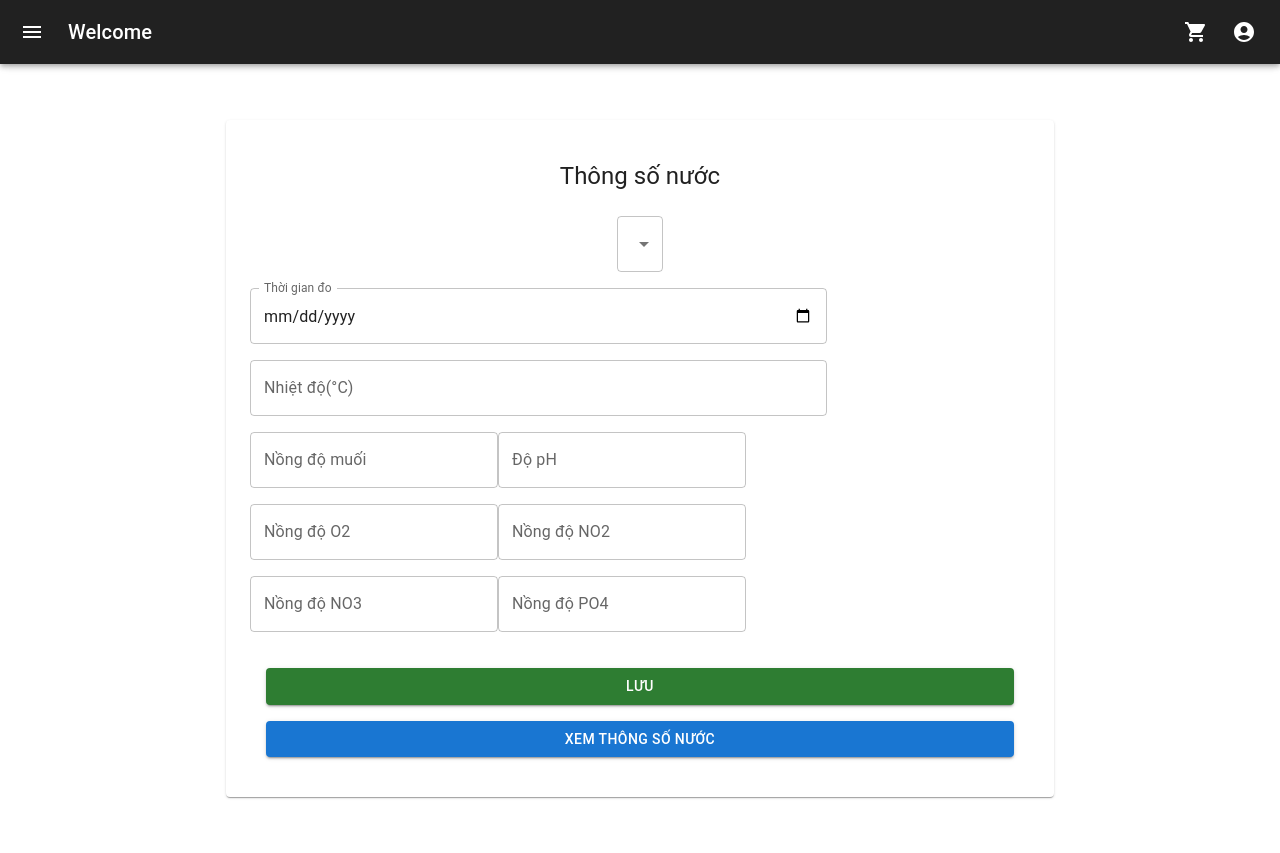
Repository: huynguyenj/KOICARE_FRONTEND
Page: /userhome/param (app in kcs-frontend/)
The author's editor kept a copy of each file at every save. The page is drawn from the files as they stood at one save, then again after a run of saves.
The browser window is 1280 px wide. The pictures show the whole page.
The project was rebuilt for these pictures with package versions that can differ from the ones it lists, and the page was loaded fresh each time. Also part of the build but not shown: kcs-frontend/vite.config.js, kcs-frontend/src/components/Header/Header.css, kcs-frontend/src/components/Header/Header.jsx, kcs-frontend/src/components/Footer/Footer.jsx, kcs-frontend/src/components/Footer/FooterEnd.jsx, kcs-frontend/src/components/Footer/FooterCR.jsx, kcs-frontend/src/components/Footer/Footer1.jsx, kcs-frontend/src/pages/Guest/Home/Home.jsx and 38 more.

Above is the page before, as saved 2024-10-26 14:50:59.

### kcs-frontend/index.html
<!doctype html>
<html lang="en">
  <head>
    <meta charset="UTF-8" />
    <link rel="icon" type="image/svg+xml" href="/vite.svg" />
    <meta name="viewport" content="width=device-width, initial-scale=1.0" />
    <title>Koi Care System</title>
  </head>
  <body>
    <div id="root"></div>
    <script type="module" src="/src/main.jsx"></script>
  </body>
</html>

### kcs-frontend/src/main.jsx
import { createRoot } from "react-dom/client";
import App from "./App.jsx";
import "bootstrap/dist/css/bootstrap.min.css";
import "./index.css";
import { CartProvider } from "./pages/Store/Cart";

createRoot(document.getElementById("root")).render(

    <CartProvider>
      <App />
    </CartProvider>

);

### kcs-frontend/src/App.jsx
import "./App.css";
import { createBrowserRouter, RouterProvider } from "react-router-dom";
import { Navigate } from "react-router-dom";
import Home from "./pages/Guest/Home/Home";
import Login from "./pages/Auth/Login/Login";
import Register from "./pages/Auth/SignUp/SignUp";
import UserProfile from "./pages/UserProfile/UserProfile";

import Layout from "./components/Layout";
import Drawers from "./components/Drawers/User";
// import NavbarUser from "./components/NavbarAfterLogin/NavbarUser";
import MyFish from "./pages/MyFish/FishAdd";
import FishInfo from "./pages/MyFish/FishInfo";
import MyPond from "./pages/MyPond/MyPond";
import Admin from "./components/Drawers/Admin";
import Shop from "./components/Drawers/Shop";
import Dashboard from "./pages/Admin/Dashboard";
import UserInfo from "./pages/Admin/UserInfo";
import HomeForShop from "./pages/HomeForShop/HomeForShop";
// import AddProducts from "./pages/Products/AddProducts/AddProducts";
import FishList from "./pages/MyFish/MyFish";
import PondAdd from "./pages/MyPond/PondAdd";
import PondList from "./pages/MyPond/PondList";
import PondInfo from "./pages/MyPond/PondInfo";
import Store from "./pages/Store/Product";
import Details from "./pages/Store/Details";
import Orders from "./pages/Orders/Orders";
import Status_Products from "./pages/Status_Products/Status_Products";
import ShowProduct from "./pages/Products/ShowProducts/ShowProducts";
import AddProducts from "./pages/Products/AddProducts/AddProducts";
import Revenue from "./pages/Revenue/Revenue"

import News from "./pages/News/News";

import AddBlog from "./pages/News/AddBlog";
import BlogInfo from "./pages/News/blogInfo";
import MyBlog from "./pages/News/MyBlog";
import UpdateBlog from "./pages/News/UpdateBlog";
import Payment from "./pages/Payment/Payment";
import AddWaterParam from "./pages/Calculate/WaterParam/AddWaterParam";


function App() {
  const router = createBrowserRouter([
    {
      path: "/",
      element: <Layout />,
      children: [
        { index: true, element: <Home /> },
        { path: "login", element: <Login /> },
        { path: "register", element: <Register /> },
        {
          path: "userhome",
          element: <Drawers />,
          children: [
            { path: "userprofile", element: <UserProfile /> },
            { path: "myfish", element: <MyFish /> },
            { path: "myfishlist", element: <FishList /> },
            { path: "myfishlist/fishinfo/:id", element: <FishInfo/>},
            { path: "mypond", element: <MyPond /> },
            { path: "pondadd", element: <PondAdd /> },
            { path: "pondlist", element: <PondList /> },
            { path: "pondlist/pondinfo/:id", element: <PondInfo /> },
            { path: "store", element: <Store /> },
            { path: "/userhome/store/:id", element: <Details /> },
            { path: "", element: <Navigate to="mypond" replace /> },
            { path: "news", element: <News /> },
            { path:"param", element: <AddWaterParam/>}
          ],
        },
      ],
    },
    { path: "news", element: <News /> },
    { path: "addBlog", element: <AddBlog /> },
    { path: "blogDetail/:blogId", element: <BlogInfo /> },
    { path: "my-blogs", element: <MyBlog /> },
    { path: "updateBlog/:blogId", element: <UpdateBlog/> },
    { path: "payment", element: <Payment />},

    {
      path: "admin",
      element: <Admin />,
      children: [
        { path: "userInfo", element: <UserInfo /> },
        { path: "", element: <Navigate to="userInfo" replace /> },
        { path: "dashboard", element: <Dashboard /> },
      ],
    },
    {
      path: "shop",
      element: <Shop />,
      children: [
        { path: "homeForShop", element: <HomeForShop /> },
        { path: "addProducts", element: <AddProducts /> },
        { path: "showProduct", element: <ShowProduct /> },
        { path: "orders", element: <Orders /> },
        { path: "revenue", element: <Revenue /> },
        { path: "status_Products", element: <Status_Products /> },
        { path: "", element: <Navigate to="addProducts" replace /> },

      ],
    },
  ]);

  return (
    <>
      <RouterProvider router={router} />

    </>
  );
}

export default App;

### kcs-frontend/src/index.css
body {
      margin: 0;
      font-family: -apple-system, BlinkMacSystemFont, 'Segoe UI', 'Roboto', 'Oxygen',
            'Ubuntu', 'Cantarell', 'Fira Sans', 'Droid Sans', 'Helvetica Neue',
            sans-serif;
      -webkit-font-smoothing: antialiased;
      -moz-osx-font-smoothing: grayscale;
}

code {
      font-family: source-code-pro, Menlo, Monaco, Consolas, 'Courier New',
            monospace;
}

### kcs-frontend/src/pages/Store/Cart.jsx
// CartContext.js
import React, { createContext, useContext, useState } from "react";

const CartContext = createContext();

export const useCart = () => {
  return useContext(CartContext);
};

export const CartProvider = ({ children }) => {
  const [cartItems, setCartItems] = useState([]);

  const addToCart = (product, quantity) => {
    setCartItems((prevItems) => {
      const existingItem = prevItems.find(
        (item) => item.product.id === product.id
      );
      if (existingItem) {
        // If the product already exists, update its quantity
        return prevItems.map((item) =>
          item.product.id === product.id
            ? { ...item, quantity: item.quantity + quantity }
            : item
        );
      }
      // Otherwise, add the product to the cart with the selected quantity
      return [...prevItems, { product, quantity }];
    });
  };

  const updateQuantity = (productId, quantity) => {
    setCartItems((prevItems) =>
      prevItems.map((item) =>
        item.product.id === productId ? { ...item, quantity } : item
      )
    );
  };

  const removeFromCart = (productId) => {
    setCartItems((prevItems) =>
      prevItems.filter((item) => item.product.id !== productId)
    );
  };

 const calculateTotalPrice = () => {
   return cartItems.reduce((total, item) => {
     // Extract the numeric value from the price string and convert it to a number
     const price = parseFloat(item.product.price.replace(/[^\d]/g, ""));
     const quantity = item.quantity;
     return total + price * quantity;
   }, 0);
 };


  return (
    <CartContext.Provider
      value={{
        cartItems,
        addToCart,
        removeFromCart,
        updateQuantity,
        calculateTotalPrice,
      }}
    >
      {children}
    </CartContext.Provider>
  );
};

### kcs-frontend/src/components/Layout/index.jsx
import { useEffect, useState } from "react";
import Navbar from "../Navbar/Navbar.jsx";
import { Outlet, useLocation, useNavigate } from "react-router-dom";
import NavbarUser from "../NavbarAfterLogin/NavbarUser.jsx";
import { getMyInfo, logout } from "../../api/userService.js";

function Layout() {
  const [isLoggedIn, setIsLoggedIn] = useState(false);
  const [user, setUser] = useState("");
  const location = useLocation();
  const navigator = useNavigate()


  useEffect(() => {


    fetchUserInfo();
  }, [location]);

  // Function to handle logout, switching to Navbar when logged out
  const handleLogout = async() => {
    await logout();
    setIsLoggedIn(false);
    navigator('/login'); // Redirect to login page after logging out

  };
    const fetchUserInfo = async () => {
    try {
      const response = await getMyInfo(); // Fetch user info from the API
      if (response && response.result) {
        const parsedUserInfo = response.result; // Assuming the user data is in response.result
        if (parsedUserInfo.userName) {
          setUser(parsedUserInfo.userName); // Set user name from the fetched data
          setIsLoggedIn(true); // Update logged-in status
        } else {
          console.log("User name not found in the fetched information.");
        }
      } else {
        console.log("No user information found in the response.");
      }
    } catch (error) {
      console.error("Failed to fetch user info:", error);
    }
  };
  const hideNavbar = location.pathname.startsWith("/userhome");

  return (
    <div>
      {!hideNavbar &&
        (isLoggedIn ? (
          <NavbarUser user={user} onLogout={handleLogout} /> // Pass logout function to NavbarUser
        ) : (
          <Navbar /> // Show regular Navbar when logged out
        ))}
      <Outlet />
    </div>
  );
}

export default Layout;

### kcs-frontend/src/pages/Calculate/WaterParam/AddWaterParam.jsx
import {
  Button,
  Card,
  CircularProgress,
  Container,
  FormControl,
  Grid,
  MenuItem,
  Select,
  TextField,
  Typography,
} from "@mui/material";
import React, { useEffect, useState } from "react";
import { Form } from "react-router-dom";
import { getAllPond } from "../../../api/pond_fish";

function AddWaterParam() {
  const [update, setUpdate] = useState(false);
  const [error,setError] = useState({});
  const [ponds,setPonds] = useState([]);
  const [pondId,setPondId] = useState();
  const [data, setData] = useState({
    mesurementTime: "",
    temperature: "",
    salinity: "",
    ph: "",
    o2: "",
    no2: "",
    no3: "",
    po4: "",
  });

  useEffect(()=>{
      getPonds()
  },[])

  const getPonds = async ()=>{
      try {
           const res =  await getAllPond()
           setPonds(res.result)
      } catch (error) {
            console.log(error)
      }
  }
  const validate = () =>{
      const newError = {}
      if(!data.mesurementTime || data.mesurementTime.trim() ==""){
            newError.time = "Thời gian không được để trống!"
      }
      if(!data.temperature){
            newError.temp = "Nhiệt độ không được để trống!"
      }if(!data.ph|| data.ph < 0){
            newError.ph = "Độ pH không được để trống hoặc < 0"
      }
      if(!data.salinity|| data.salinity < 0){
            newError.salt = "Độ muối không được để trống hoặc < 0"
      }
      if(!data.o2 || data.o2 <= 0){
            newError.o2 = "Nồng độ oxi không được để trống hoặc <= 0"
      }if(!data.no2){
            newError.no2 = "Nồng độ NO2 không được để trống"
      }if(!data.no3){
            newError.no3 = "Nồng độ NO3 không được để trống"
      }if(!data.po4){
            newError.po4 = "Nồng độ PO4 không được để trống"
      }
      setError(newError)
      return Object.keys(newError).length===0;

  }
  const handleChange = (e) => {
    const { name, value } = e.target;
    setData({ ...data, [name]: value });
  };

  const handleSubmit = async (e) =>{
      e.preventDefault();
      if(validate()){
            setUpdate(true)

      }
  }
  const handlePond = (e)=>{
      setPondId(e.target.value)
  }
  return (
    <Container sx={{ width: "75%" }}>
      <Grid item xs={12} sm={5}>
        <Card sx={{ padding: 5, border: "AppWorkspace" }}>
          <Typography variant="h5" sx={{ mb: 3 }}>
            Thông số nước
          </Typography>
          <Select
            labelId="demo"
            label="Chọn hồ của tôi"
            value={pondId}
            sx={{mb:4}}
            onChange={handlePond}
          >

            {ponds.map((pond)=>(
                  <MenuItem key = {pond.pondId} value={pond.pondId}>{pond.pondName}</MenuItem>
            ))}
          </Select>
          <Form onSubmit={handleSubmit}>
            <Grid item xs={12} sm={9} container spacing={2}>
              <TextField
                fullWidth
                label="Thời gian đo"
                type="date"
                name="mesurementTime"
                value={data.mesurementTime}
                onChange={handleChange}
                sx={{ mb: 2 }}
                error ={!!error.time}
                helperText={error.time}
                InputLabelProps={{
                  shrink: true,
                }}
              ></TextField>

              <TextField
                fullWidth
                label="Nhiệt độ(°C)"
                type="number"
                name="temperature"
                value={data.temperature}
                onChange={handleChange}
                sx={{ mb: 2 }}
                error ={!!error.temp}
                helperText={error.temp}
              ></TextField>

              <FormControl>
                <TextField
                  fullWidth
                  label="Nồng độ muối"
                  type="number"
                  name="salinity"
                  value={data.salinity}
                  onChange={handleChange}
                  sx={{ mb: 2 }}
                  error ={!!error.salt}
                  helperText={error.salt}
                ></TextField>
              </FormControl>

              <FormControl>
                <TextField
                  fullWidth
                  label="Độ pH"
                  type="number"
                  name="ph"
                  value={data.ph}
                  onChange={handleChange}
                  sx={{ mb: 2 }}
                  error ={!!error.ph}
                  helperText={error.ph}
                ></TextField>
              </FormControl>

              <FormControl>
                <TextField
                  fullWidth
                  label="Nồng độ O2"
                  type="number"
                  name="o2"
                  value={data.o2}
                  onChange={handleChange}
                  sx={{ mb: 2 }}
                  error ={!!error.o2}
                  helperText={error.o2}
                ></TextField>
              </FormControl>

              <FormControl>
                <TextField
                  fullWidth
                  label="Nồng độ NO2"
                  type="number"
                  name="no2"
                  value={data.no2}
                  onChange={handleChange}
                  sx={{ mb: 2 }}
                  error ={!!error.no2}
                  helperText={error.no2}
                ></TextField>
              </FormControl>

              <FormControl>
                <TextField
                  fullWidth
                  label="Nồng độ NO3"
                  type="number"
                  name="no3"
                  value={data.no3}
                  onChange={handleChange}
                  sx={{ mb: 2 }}
                  error ={!!error.no3}
                  helperText={error.no3}
                ></TextField>
              </FormControl>

              <FormControl>
                <TextField
                  fullWidth
                  label="Nồng độ PO4"
                  type="number"
                  name="po4"
                  value={data.po4}
                  onChange={handleChange}
                  sx={{ mb: 2 }}
                  error ={!!error.po4}
                  helperText={error.po4}
                ></TextField>
              </FormControl>
            </Grid>
            <Button
              variant="contained"
              color="success"
              type="submit"
              disabled={update}
            >
              {update ? <CircularProgress color="inherit" /> : "Lưu"}
            </Button>
          </Form>
          <Grid>
            <Button variant="contained" sx={{mt:2,width:'100%'}}>Xem thông số nước</Button>
          </Grid>
        </Card>
      </Grid>
    </Container>
  );
}

export default AddWaterParam;

### kcs-frontend/src/pages/Guest/Home/Home.css
body {
    margin: 0;
    padding: 0;
}

.d-flex img {
    max-width: 265px;
    height: auto;
    margin: 10px;
}

.d-flex p {
    max-width: 300px;
    text-align: center;
    font-family: "JetBrains Mono";
}

.grid-container {
    display: grid;
    grid-template-columns: 1fr;
    gap: 20px;
}

h2 {
    margin-top: 30px;
}

p {
    margin: 0;
}

### kcs-frontend/src/pages/Orders/Orders.css
body {
  font-family: Arial, sans-serif;
  background-color: #f3f3f3;
  margin: 0;
}

.title {
  margin-top: 20px;
  color: #333;
}

.orders-list {
  margin-top: 20px;
}

.order {
  background-color: #fff;
  padding: 15px;
  margin-bottom: 20px;
  border-radius: 8px;
  box-shadow: 0px 4px 8px rgba(0, 0, 0, 0.1);
}

.order-header p {
  margin: 5px 0;
}

.products-grid {
  display: grid;
  grid-template-columns: repeat(2, 1fr);
  gap: 10px;
  margin-top: 15px;
}

.product {
  background-color: #f5f5f5;
  border-radius: 5px;
  display: flex;
  padding: 10px;
}

.product-image {
  background-color: #f4a08c;
  width: 50px;
  height: 50px;
  margin-right: 10px;
}

.product-info {
  display: flex;
  flex-direction: column;
  justify-content: center;
}

### kcs-frontend/src/pages/Products/AddProducts/AddProducts.css
General Styling
body {
  font-family: Arial, sans-serif;
  background-color: #f0f0f0;
  margin: 0;
  padding: 0;

}

.upload-frame {
  display: flex;
  justify-content: center;
  align-items: center;
  width: 400px;
  height: 280px;
  border: 2px dashed #ccc; /* Dashed border to show it's clickable */
  margin: 20px auto;
  cursor: pointer;
  position: relative;
  box-shadow: 0px 4px 6px rgba(0, 0, 0, 0.5); /* Slight shadow */
}

.upload-frame label {
  color: #666;
  font-size: 20px;
  text-align: center;
  cursor: pointer;
}

.upload-frame input[type="file"] {
  display: none;
}

.success-message {
  color: green;
  font-size: 20px;
  margin-bottom: 20px;
  font-weight: bold;
}

.upload-frame img {
  width: 100%;
  height: 100%;
  object-fit: cover;
}

.title-product {
  justify-content: flex-start;
  margin-top:20px;
}

/* .top-actions {
  display: flex;
  justify-content: flex-start;
  margin: 20px;
} */

/* .action-btn {
  background-color: #f00;
  color: #fff;
  border: none;
  padding: 10px 20px;
  margin-left: 10px;
  border-radius: 5px;
  cursor: pointer;
  font-size: 16px;
  box-shadow: 0px 4px 6px rgba(0, 0, 0, 0.5);
} */

/* .action-btn:hover {
  background-color: #d00;
} */

/* Main Container */
h2 {
  color: red;
  font-size: 24px;
  margin-bottom: 20px;
}

/* Product Image */
.product-image {
  display: flex;
  justify-content: center;
  margin-right: 50px;
  margin-bottom: 30px;
}

.product-image img {
  max-width: 500px;
  max-height: 300px;
  box-shadow: 0px 4px 6px rgba(0, 0, 0, 0.5); /* Slight shadow */
}

/* Form Inputs */
form {
  display: grid;
  grid-template-columns: 1fr;
  gap: 20px;
}

input[type="text"], select, textarea {
  width: 100%;
  padding: 10px;
  border: 1px solid #ccc;
  border-radius: 5px;
  font-size: 16px;
}

textarea {
  height: 150px;
}

/* Action Buttons */
.actions {
  display: flex;
  justify-content: space-between;
  align-items: center;
}

.actions button {
  background-color: #f00;
  color: white;
  padding: 10px 20px;
  border: 2px solid black;
  border-radius: 5px;
  cursor: pointer;
  box-shadow: 0px 4px 6px rgba(0, 0, 0, 0.5); /* Slight shadow */
}

.actions button:hover {
  background-color: #43b8a0;
}

Loaded but not shown: kcs-frontend/src/App.css (common file); kcs-frontend/src/api/userService.js (296 lines, source omitted); kcs-frontend/src/api/pond_fish.js (228 lines, source omitted); kcs-frontend/src/components/Drawers/User.jsx (381 lines, source omitted)

After the next 4 saves:
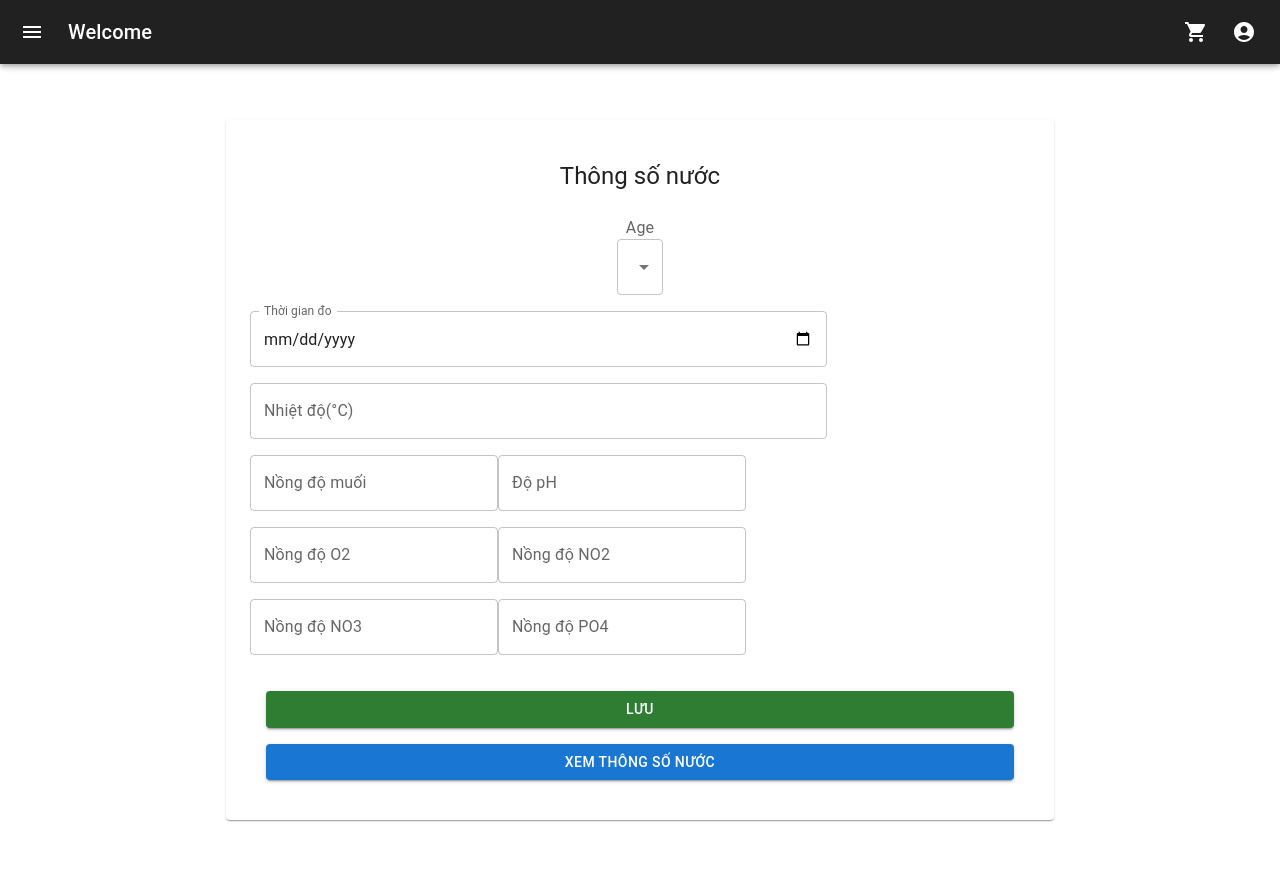
The 4 saves are shown as one change because 1 did not build or start and some came seconds apart.
The last was saved 25 s later.
--- a/kcs-frontend/src/pages/Calculate/WaterParam/AddWaterParam.jsx
+++ b/kcs-frontend/src/pages/Calculate/WaterParam/AddWaterParam.jsx
@@ -5,6 +5,7 @@ import {
   Container,
   FormControl,
   Grid,
+  InputLabel,
   MenuItem,
   Select,
   TextField,
@@ -90,6 +91,7 @@ function AddWaterParam() {
           <Typography variant="h5" sx={{ mb: 3 }}>
             Thông số nước
           </Typography>
+          <InputLabel id="demo-simple-select-label">Age</InputLabel>
           <Select
             labelId="demo"
             label="Chọn hồ của tôi"
